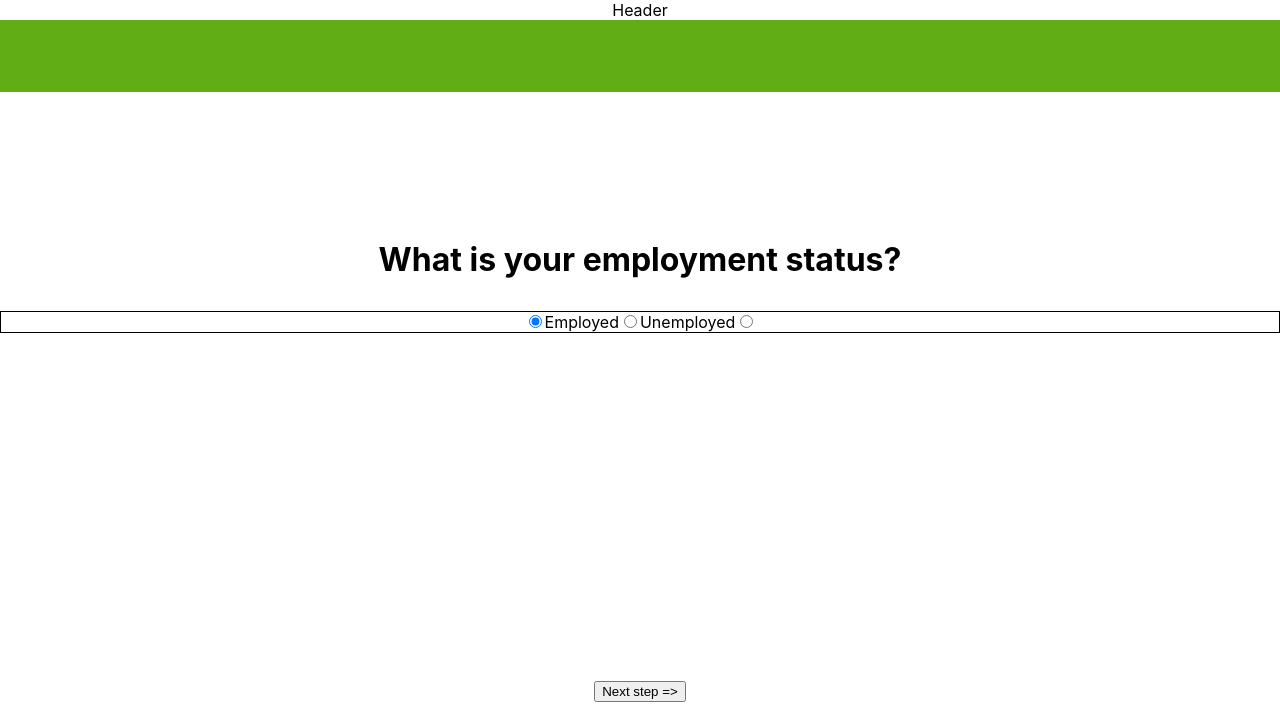
Repository: andbilous/task-survey
Page: /
The author's editor kept a copy of each file at every save. The page is drawn from the files as they stood at one save, then again after the next save.
The browser window is 1280 px wide. The pictures show the whole page.
The project was rebuilt for these pictures with package versions that can differ from the ones it lists, and the page was loaded fresh each time.

Above is the page before, as saved 2020-06-16 18:36:39.

After the next save:
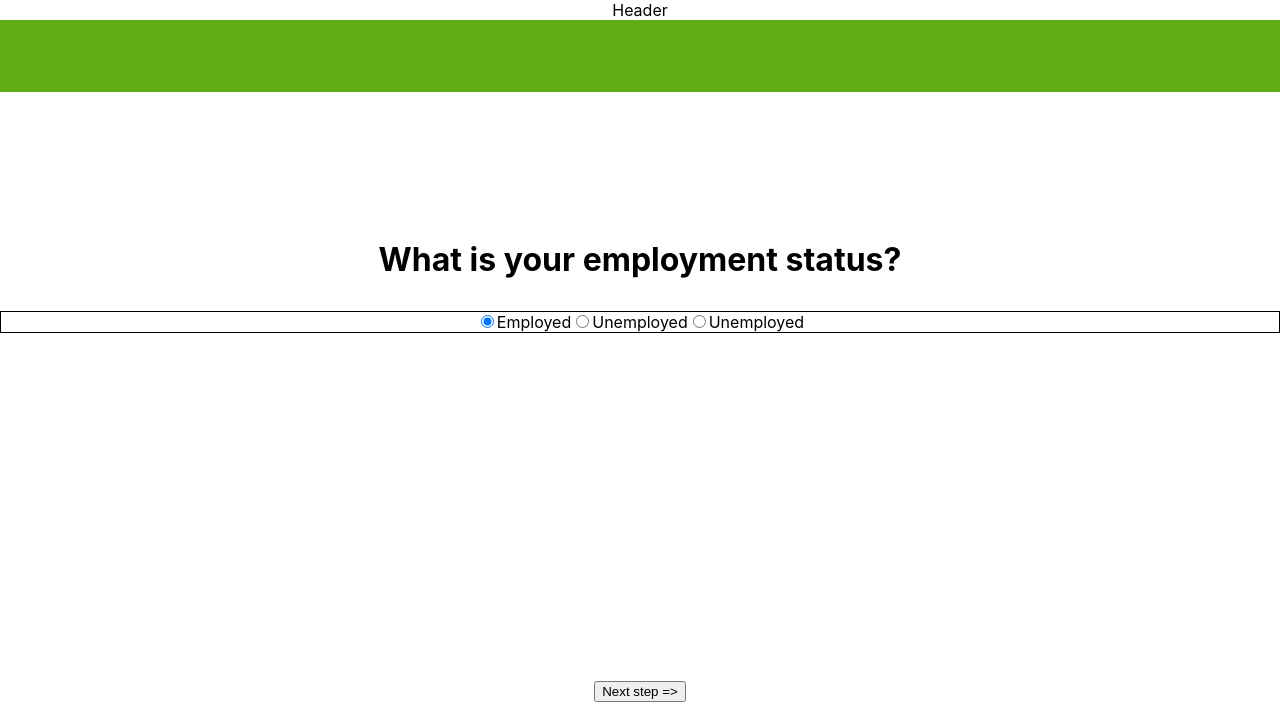
Saved 18 s later.
--- a/src/pages/EmploymentStatus.jsx
+++ b/src/pages/EmploymentStatus.jsx
@@ -30,7 +30,7 @@ const EmploymentStatusPage = () => {
         <div id='1' style={{marginTop: '2rem',border: '1px solid black'}} className="radio">
             <label><input onChange={handleChange} name='1' type="radio" value="Employed" checked={true} />Employed</label>
             <label><input onChange={handleChange} name='1' type="radio" value="Unemployed" />Unemployed</label>
-            <input onChange={handleChange} name='1' type="radio" value="option3" />
+            <label><input onChange={handleChange} name='1' type="radio" value="Unemployed" />Unemployed</label>
         </div>
       </form>
     </div>
